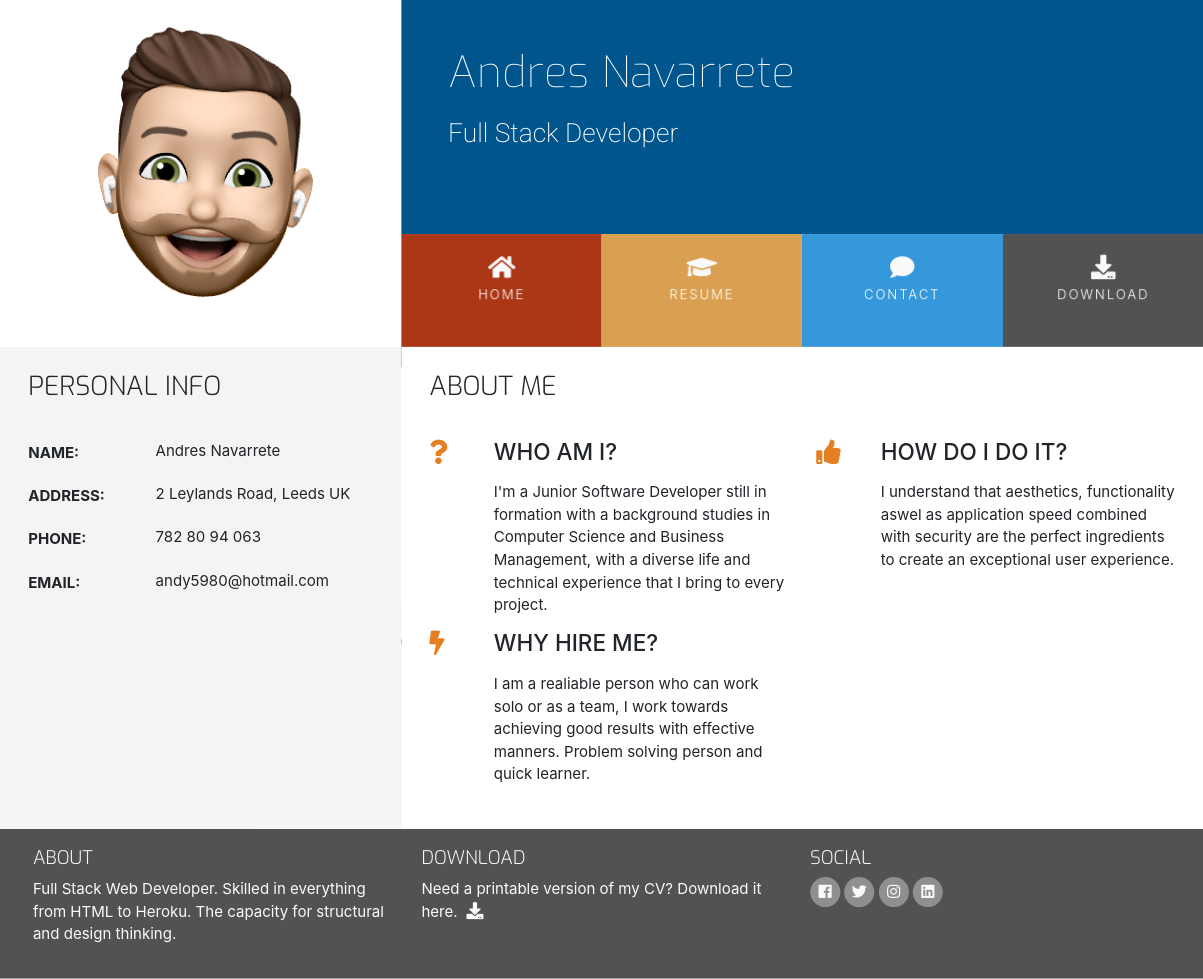
Repository: andna5980/cloud9-workspace
Page: index.html
These files come from the project's save history. The page is drawn as it stood at one moment and after the next save; the edit follows.
The browser window is 1280 px wide. The pictures show the whole page, at 94% of full size.
Some web libraries are served in a nearby version.

Above is the page before, as saved 2022-04-24 09:54:28.

After the next save:
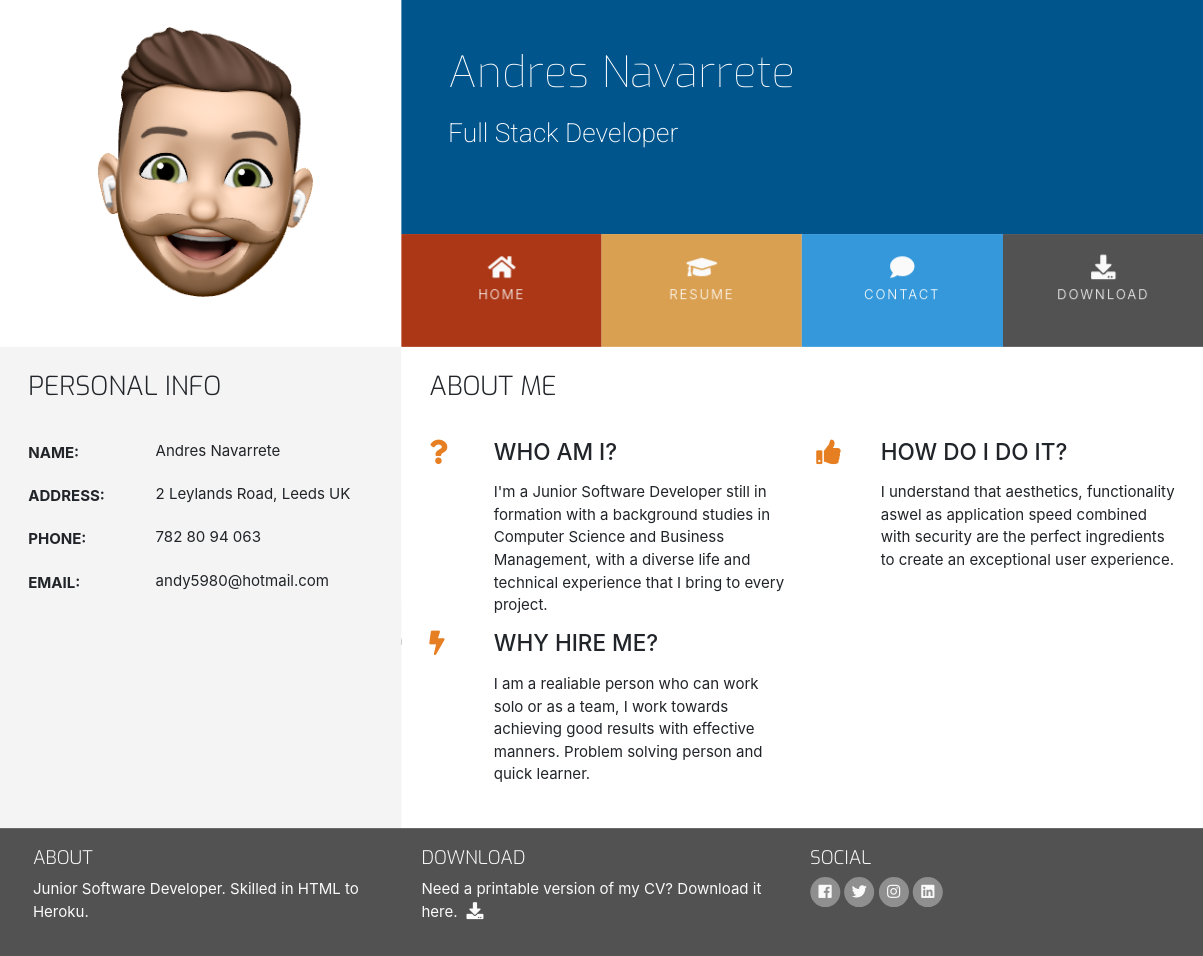
Saved 107 s later.
--- a/index.html
+++ b/index.html
@@ -176,8 +176,7 @@
             <div class="col-sm-4">
                 <h5 class="uppercase general-sub">About</h5>
                 <p class="inline-block">
-                    Full Stack Web Developer. Skilled in everything from HTML to Heroku.
-                    The capacity for structural and design thinking.
+                    Junior Software Developer. Skilled in HTML to Heroku.
                 </p>
             </div>
             <div class="col-sm-4">
